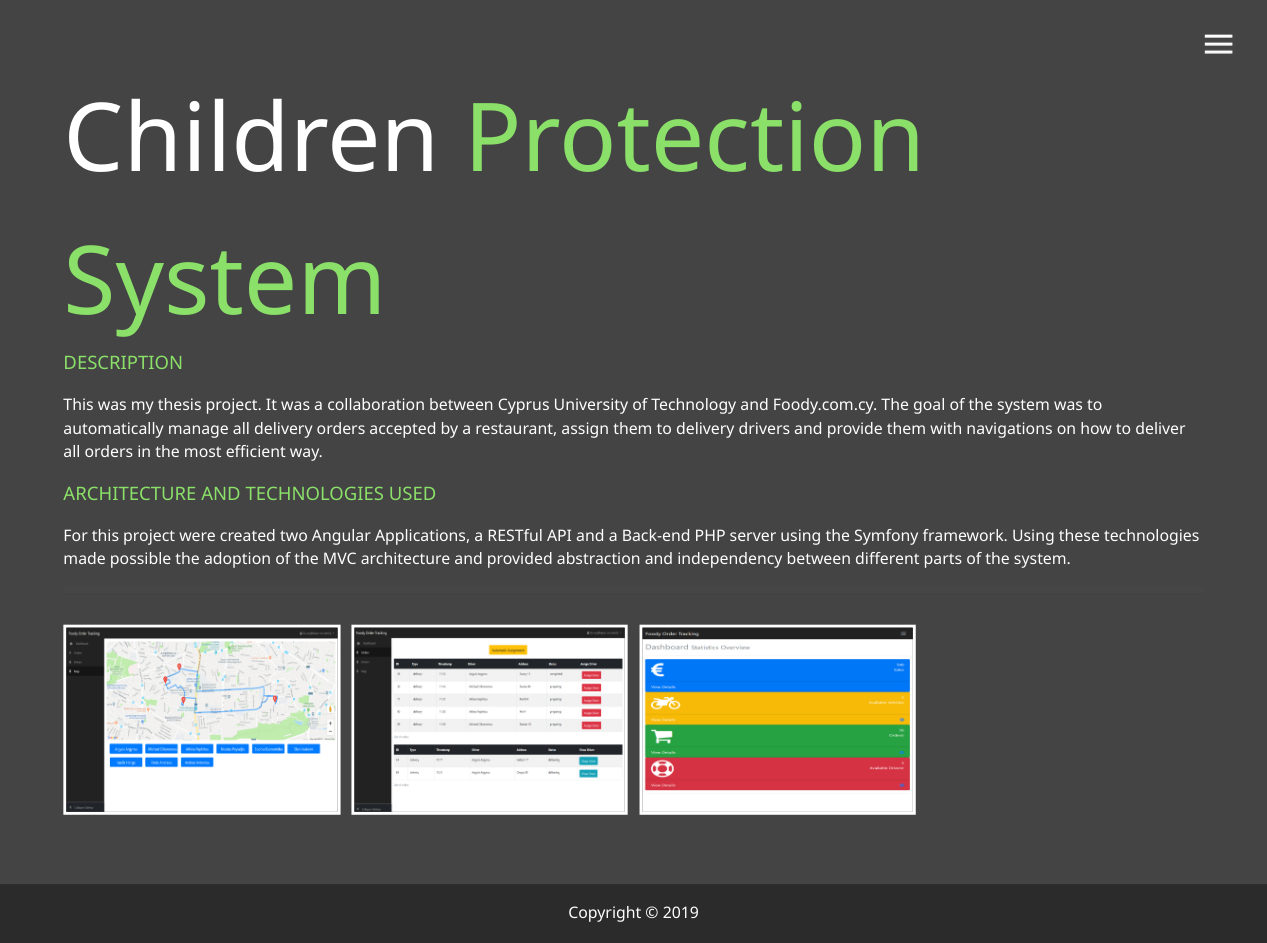
Repository: Preap/portfolio
Page: dist/projects/encase.html
An editor plug-in stored every save of this project. The page is shown before and after the next save, followed by the edit.
The browser window is 1280 px wide. The pictures show the whole page, at 99% of full size.
Some web libraries are served in a nearby version.

Above is the page before, as saved 2019-06-06 02:10:03.

### dist/projects/encase.html
<!DOCTYPE html>
<html lang="en">
  <head>
    <meta charset="UTF-8" />
    <meta name="viewport" content="width=device-width, initial-scale=1.0" />
    <meta http-equiv="X-UA-Compatible" content="ie=edge" />
    <link
      rel="stylesheet"
      href="https://use.fontawesome.com/releases/v5.6.1/css/all.css"
      integrity="sha384-gfdkjb5BdAXd+lj+gudLWI+BXq4IuLW5IT+brZEZsLFm++aCMlF1V92rMkPaX4PP"
      crossorigin="anonymous"
    />
    <link rel="stylesheet" href="../css/main.css" />
    <title>Encase Project</title>
  </head>
  <body>
    <header>
      <div class="menu-btn">
        <div class="btn-line"></div>
        <div class="btn-line"></div>
        <div class="btn-line"></div>
      </div>

      <nav class="menu">
        <div class="menu-branding"><div class="portrait"></div></div>

        <ul class="menu-nav">
          <li class="nav-item">
            <a href="../index.html" class="nav-link"> Home </a>
          </li>
          <li class="nav-item">
            <a href="../about.html" class="nav-link"> My Experience </a>
          </li>
          <li class="nav-item">
            <a href="../work.html" class="nav-link current"> My Projects </a>
          </li>
          <li class="nav-item">
            <a href="../contact.html" class="nav-link"> Contact Me </a>
          </li>
        </ul>
      </nav>
    </header>

    <main id="work">
      <h1 class="lg-heading">
        Children <span class="text-secondary">Protection System</span>
      </h1>

      <div class="project-description">
        <h3 class="text-secondary">DESCRIPTION</h3>
        <p>
            This was my thesis project. It was a collaboration between Cyprus University of Technology and Foody.com.cy.
            The goal of the system was to automatically manage all delivery orders accepted by a restaurant, assign them to delivery drivers
            and provide them with navigations on how to deliver all orders in the most efficient way.
        </p>
        <h3 class="text-secondary">ARCHITECTURE AND TECHNOLOGIES USED</h3>
        <p>
            For this project were created two Angular Applications, a RESTful API and a Back-end PHP server using the Symfony framework.
            Using these technologies made possible the adoption of the MVC architecture and provided abstraction and independency between different parts of the system.
      </p>
      </div>
      <h2 class="sm-heading"></h2>
      <div class="projects">
        <div class="item">
          <a href="#!">
            <img src="../img/projects/ordertracking/image1.jpg" alt="ordertracking_image" />
          </a>
        </div>
        <div class="item">
          <a href="#!">
            <img src="../img/projects/ordertracking/image2.jpg" alt="ordertracking_image" />
          </a>
        </div>
        <div class="item">
          <a href="#!">
            <img src="../img/projects/ordertracking/iamge4.jpg" alt="ordertracking_image" />
        </div>
      <br>

    </main>

    <footer id="main-footer">
      Copyright &copy; 2019
    </footer>

    <script src="../js/main.js"></script>
  </body>
</html>

### dist/css/main.css
.menu-btn {
  position: absolute;
  top: 35px;
  right: 35px;
  z-index: 3;
  cursor: pointer;
  transition: all 0.5s ease-out;
}
.menu-btn .btn-line {
  width: 28px;
  height: 3px;
  margin: 0 0 5px 0;
  background: #fff;
  transition: all 0.5s ease-out;
}
.menu-btn.close {
  transform: rotate(180deg);
}
.menu-btn.close .btn-line:nth-child(1) {
  transform: rotate(45deg) translate(5px, 5px);
}
.menu-btn.close .btn-line:nth-child(2) {
  opacity: 0;
}
.menu-btn.close .btn-line:nth-child(3) {
  transform: rotate(-45deg) translate(6px, -6px);
}

.menu {
  position: fixed;
  top: 0;
  width: 100%;
  opacity: 0.98;
  visibility: hidden;
}
.menu.show {
  visibility: visible;
}
.menu-branding,
.menu-nav {
  display: flex;
  flex-flow: column wrap;
  align-items: center;
  justify-content: center;
  float: left;
  width: 50%;
  height: 100vh;
  overflow: hidden;
}
.menu-nav {
  margin: 0;
  padding: 0;
  background: #373737;
  list-style: none;
  transform: translate3d(100%, -100%, 0);
  transition: all 0.5s ease-out;
}
.menu-nav.show {
  transform: translate3d(0, 0, 0);
}
.menu-branding {
  background: #444;
  transform: translate3d(-100%, 100%, 0);
  transition: all 0.5s ease-out;
}
.menu-branding.show {
  transform: translate3d(0, 0, 0);
}
.menu-branding .portrait {
  width: 250px;
  height: 250px;
  background: url(../img/port2BW.jpg);
  border-radius: 50%;
  border: solid 3px #8be069;
  opacity: 1;
}
.menu .nav-item {
  transform: translate3d(600px, 0, 0);
  transition: all 0.5s ease-out;
}
.menu .nav-item.show {
  transform: translate3d(0, 0, 0);
}
.menu .nav-link {
  display: inline-block;
  position: relative;
  font-size: 50px;
  text-transform: uppercase;
  padding: 1rem 0;
  font-weight: 300;
  color: #fff;
  text-decoration: none;
  transition: all 0.5s ease-out;
}
.menu .nav-link:hover {
  color: #8be069;
  transition: all 0.5s ease-out;
}
.menu .nav-link.current {
  color: #8be069;
}

.nav-item:nth-child(1) {
  transition-delay: 0.15s;
}

.nav-item:nth-child(2) {
  transition-delay: 0.3s;
}

.nav-item:nth-child(3) {
  transition-delay: 0.45s;
}

.nav-item:nth-child(4) {
  transition-delay: 0.6s;
}

* {
  box-sizing: border-box;
}

body {
  background: #444;
  color: #fff;
  height: 100%;
  margin: 0;
  font-family: "Segoe UI", Tahoma, Geneva, Verdana, sans-serif;
  line-height: 1.5;
}
body#bg-img {
  background: url(../img/keyboard.jpg);
  background-attachment: fixed;
  background-size: cover;
}
body#bg-img::after {
  content: "";
  position: absolute;
  top: 0;
  right: 0;
  width: 100%;
  height: 100%;
  z-index: -1;
  background: rgba(68, 68, 68, 0.9);
}

h1,
h2,
h3 {
  margin: 0;
  font-weight: 400;
}
h1.lg-heading,
h2.lg-heading,
h3.lg-heading {
  font-size: 6rem;
}
h1.sm-heading,
h2.sm-heading,
h3.sm-heading {
  margin-bottom: 2rem;
  padding: 0.2rem 1rem;
  background: rgba(73, 73, 73, 0.5);
}

a {
  color: #fff;
  text-decoration-line: none;
}

header {
  position: fixed;
  z-index: 2;
  width: 100%;
}

.text-secondary {
  color: #8be069;
}

main {
  padding: 4rem;
  min-height: calc(100vh - 60px);
}
main .icons {
  margin-top: 1rem;
}
main .icons a {
  padding: 0.4rem;
}
main .icons a:hover {
  color: #8be069;
  transition: all 0.5s ease-out;
}
main#home {
  overflow: hidden;
}
main#home h1 {
  margin-top: 20vh;
}

.about-info {
  display: grid;
  grid-gap: 30px;
  grid-template-areas:
    "bioimage bio bio"
    "job1 job2 job3";
  grid-template-columns: repeat(3, 1fr);
}
.about-info .bio-image {
  grid-area: bioimage;
  margin: auto;
  border-radius: 50%;
  border: #8be069 3px solid;
}
.about-info .bio {
  grid-area: bio;
  font-size: 1.5rem;
}
.about-info .job-1 {
  grid-area: job1;
}
.about-info .job-2 {
  grid-area: job2;
}
.about-info .job-3 {
  grid-area: job3;
}
.about-info .job {
  background: #585858;
  padding: 0.5rem;
  border-bottom: #8be069 5px solid;
}

.projects {
  display: grid;
  grid-gap: 0.7rem;
  grid-template-columns: repeat(3, 1fr);
}
.projects img {
  width: 100%;
  border: 3px #fff solid;
}
.projects img:hover {
  opacity: 0.5;
  border-color: #8be069;
  transition: all 0.5s ease-out;
}

.boxes {
  display: flex;
  flex-wrap: wrap;
  justify-content: space-evenly;
  align-items: center;
  margin-top: 1rem;
}
.boxes div {
  font-size: 2rem;
  border: 3px #fff solid;
  padding: 1.5rem 2.5rem;
  margin-bottom: 3rem;
  transition: all 0.5s ease-out;
}
.boxes div:hover {
  padding: 0.5rem 1.5rem;
  background: #8be069;
  color: #000;
}
.boxes div:hover span {
  color: #000;
}

.btn,
.btn-dark,
.btn-light {
  display: block;
  padding: 0.5rem 1rem;
  border: 0;
  margin-bottom: 0.3rem;
}
.btn:hover,
.btn-dark:hover,
.btn-light:hover {
  background: #8be069;
  color: #000;
  transition: all 0.5s ease-out;
}

.btn-dark {
  background: black;
  color: #fff;
}

.btn-light {
  background: #c4c4c4;
  color: #000;
}

#main-footer {
  text-align: center;
  padding: 1rem;
  background: #2b2b2b;
  color: #fff;
  height: 60px;
}

.bio {
  grid-area: bio;
  font-size: 1.5rem;
}

@media screen and (min-width: 1171px) {
  .projects {
    grid-template-columns: repeat(4, 1fr);
  }
}

@media screen and (min-width: 769) and (max-width: 1170px) {
  .projects {
    grid-template-columns: repeat(3, 1fr);
  }
}

@media screen and (max-width: 768px) {
  main {
    align-items: center;
    text-align: center;
  }
  main .lg-heading {
    line-height: 1;
    margin-bottom: 1rem;
  }
  ul.menu-nav,
  div.menu-branding {
    float: none;
    width: 100%;
    min-height: 0;
  }
  ul.menu-nav.show,
  div.menu-branding.show {
    transform: translate3d(0, 0, 0);
  }
  .menu-nav {
    height: 75vh;
    transform: translate3d(-100%, 0, 0);
    font-size: 24px;
  }
  .menu-branding {
    height: 25vh;
    transform: translate3d(100%, 0, 0);
  }
  .menu-branding .portrait {
    background: url(../img/portSmallBW.jpg);
    width: 150px;
    height: 150px;
  }
  .about-info {
    grid-template-areas:
      "bioimage"
      "bio"
      "job1"
      "job2"
      "job3";
    grid-template-columns: 1fr;
  }
  .projects {
    grid-template-columns: repeat(2, 1fr);
  }
}

@media screen and (max-width: 500px) {
  main#home h1 {
    margin-top: 10vh;
  }
  .projects {
    grid-template-columns: 1fr;
  }
}

### dist/js/main.js
// Select DOM Items
const menuBtn = document.querySelector(".menu-btn");
const menu = document.querySelector(".menu");
const menuNav = document.querySelector(".menu-nav");
const menuBranding = document.querySelector(".menu-branding");
const navItems = document.querySelectorAll(".nav-item");

//Set initial state of menu

let showMenu = false;

menuBtn.addEventListener("click", toggleMenu);

function toggleMenu() {
  if (!showMenu) {
    menuBtn.classList.add("close");
    menu.classList.add("show");
    menuNav.classList.add("show");
    menuBranding.classList.add("show");
    navItems.forEach(item => item.classList.add("show"));

    //set menu state
    showMenu = true;
  } else {
    menuBtn.classList.remove("close");
    menu.classList.remove("show");
    menuNav.classList.remove("show");
    menuBranding.classList.remove("show");
    navItems.forEach(item => item.classList.remove("show"));

    //set menu state
    showMenu = false;
  }
}

After the next save:
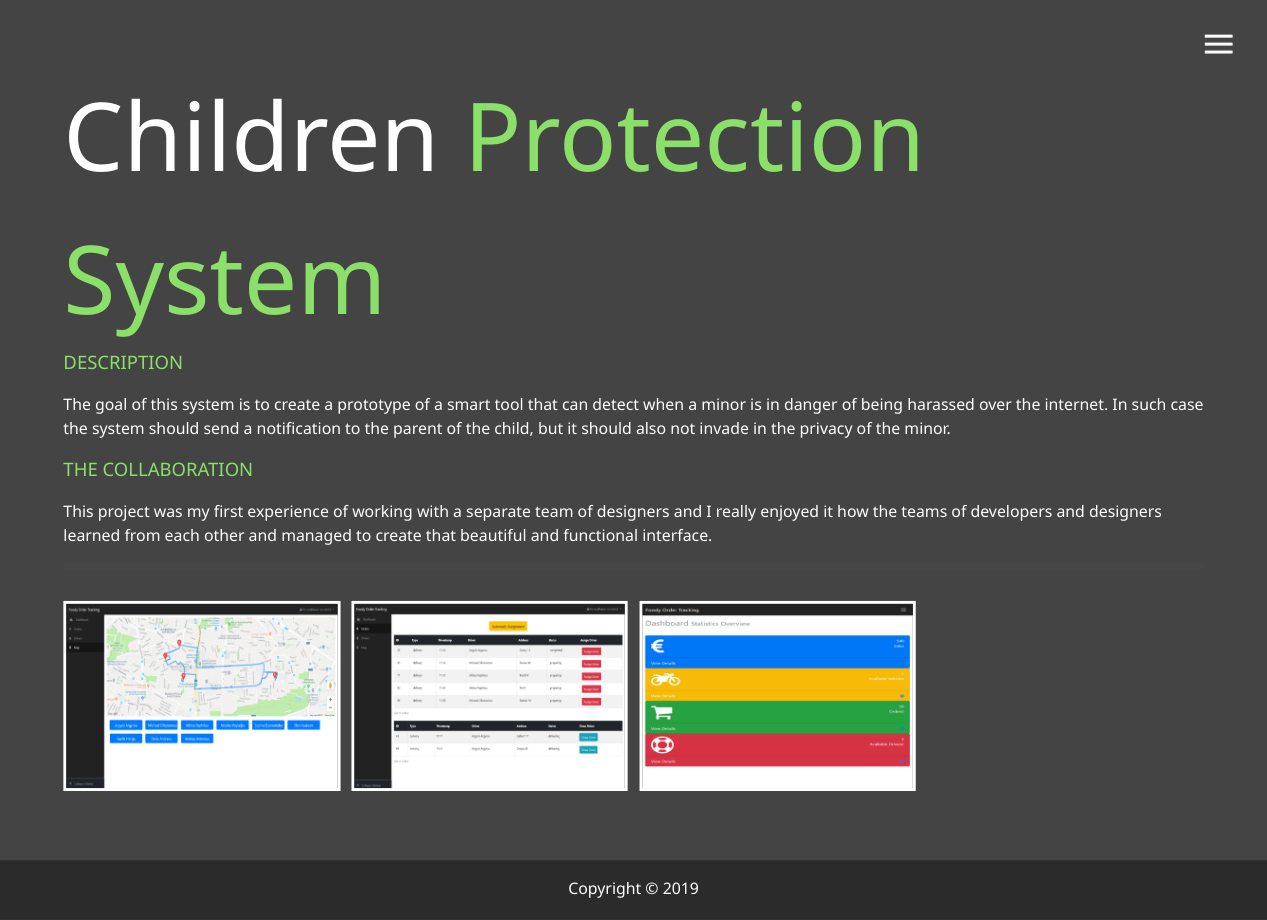
Saved 9 min 42 s later.
--- a/dist/projects/encase.html
+++ b/dist/projects/encase.html
@@ -49,14 +49,13 @@
       <div class="project-description">
         <h3 class="text-secondary">DESCRIPTION</h3>
         <p>
-            This was my thesis project. It was a collaboration between Cyprus University of Technology and Foody.com.cy.
-            The goal of the system was to automatically manage all delivery orders accepted by a restaurant, assign them to delivery drivers
-            and provide them with navigations on how to deliver all orders in the most efficient way.
+            The goal of this system is to create a prototype of a smart tool that can detect when a minor is in danger of being harassed over
+            the internet. In such case the system should send a notification to the parent of the child, but it should also not invade in the privacy of the minor.
         </p>
-        <h3 class="text-secondary">ARCHITECTURE AND TECHNOLOGIES USED</h3>
+        <h3 class="text-secondary">THE COLLABORATION</h3>
         <p>
-            For this project were created two Angular Applications, a RESTful API and a Back-end PHP server using the Symfony framework.
-            Using these technologies made possible the adoption of the MVC architecture and provided abstraction and independency between different parts of the system.
+            This project was my first experience of working with a separate team of designers and I really enjoyed it how
+            the teams of developers and designers learned from each other and managed to create that beautiful and functional interface.
       </p>
       </div>
       <h2 class="sm-heading"></h2>
